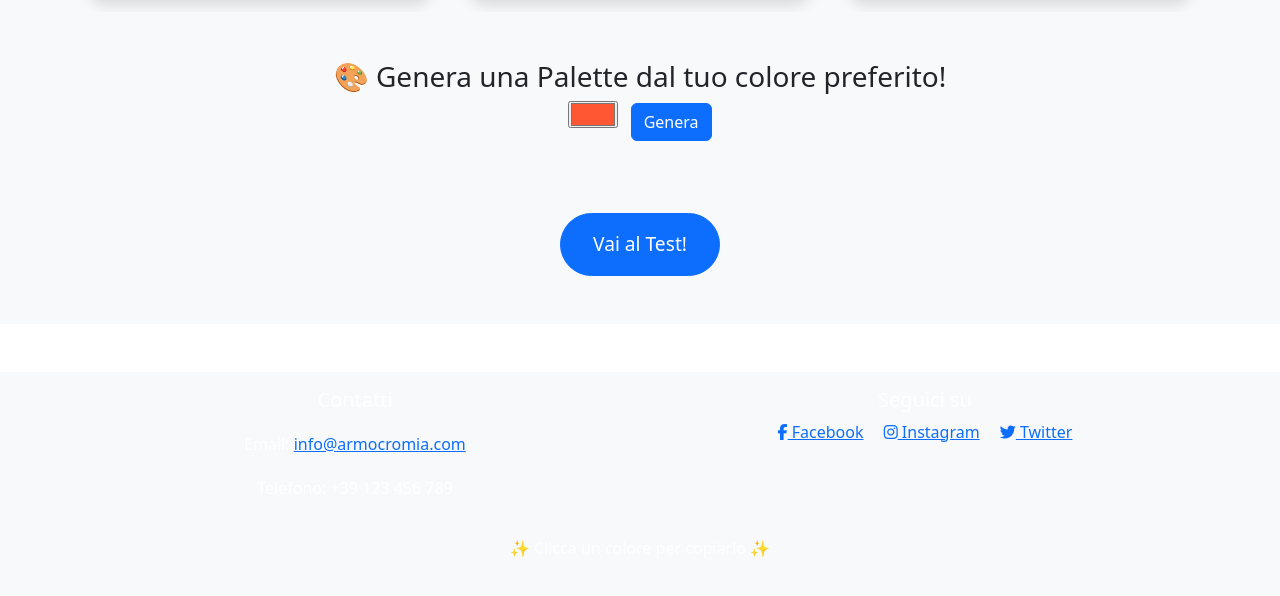
Repository: Probyte5D/Armocromia-website
Page: index.html
These files come from the project's save history. The page is drawn as it stood at one moment and after the next save; the edit follows.
The browser window is 1280 px wide. The pictures show the part of the page from y = 2577 to 3173 px (the page is 3173 px tall).
A picture or video elsewhere on the page could not be fetched, so the positions and the page height are approximate. Backgrounds fixed to the window are drawn as part of the page. Some web libraries are served in a nearby version.

Above is the page before, as saved 2025-04-18 21:56:50.

After the next save:
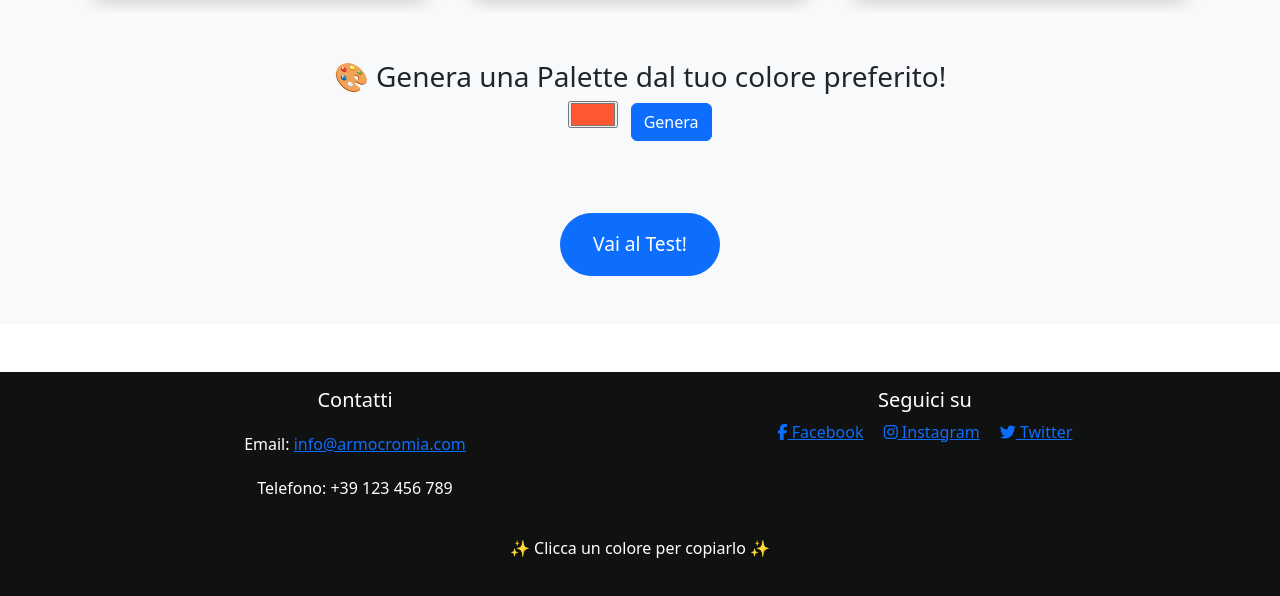
Saved 21 s later.
--- a/index.html
+++ b/index.html
@@ -270,8 +270,8 @@
   </main>
 
 
-  <!-- Footer -->
-<footer class="text-center mt-5 p-3 bg-light">
+<!-- Footer -->
+<footer class="text-center mt-5 p-3">
   <div class="container">
     <div class="row">
       <!-- Sezione contatti -->
@@ -296,3 +296,8 @@
 <script src="https://kit.fontawesome.com/a076d05399.js" crossorigin="anonymous"></script>
 </body>
 </html>
+
+<!-- Aggiungi lo script per Font Awesome -->
+<script src="https://kit.fontawesome.com/a076d05399.js" crossorigin="anonymous"></script>
+</body>
+</html>
